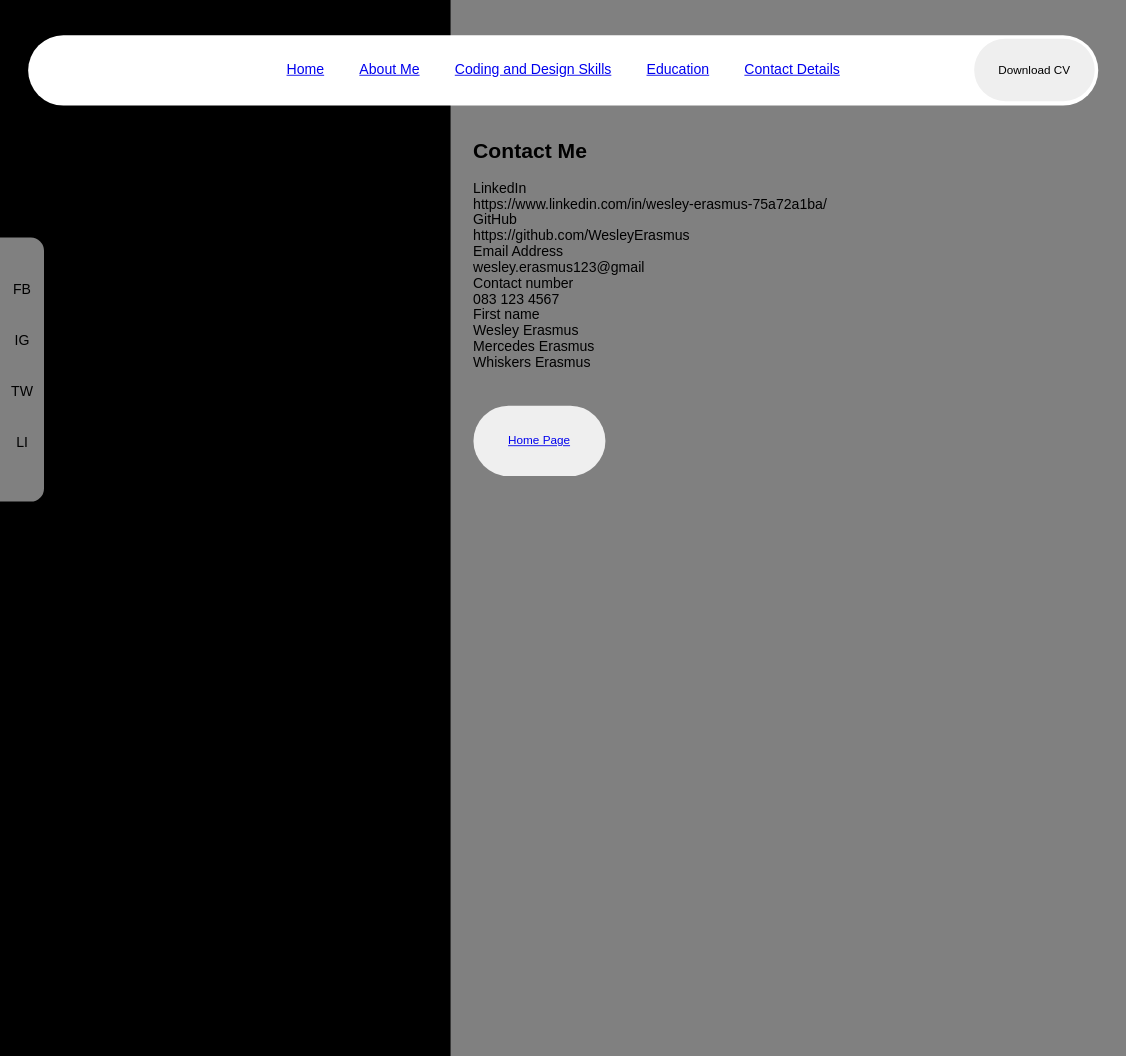
Repository: WesleyErasmus/MyDigitalResume-4
Page: contact.html
The author's editor kept a copy of each file at every save. The page is drawn from the files as they stood at one save, then again after the next save.
The browser window is 1280 px wide. The pictures show the whole page, at 88% of full size.

Above is the page before, as saved 2022-02-19 22:24:09.

### contact.html
<!DOCTYPE html>
<html lang="en">
<head>
    <meta charset="UTF-8">
    <meta http-equiv="X-UA-Compatible" content="IE=edge">
    <meta name="viewport" content="width=device-width, initial-scale=1.0">
    <title>Wesley Erasmus Digital Resume 4 Project</title>
    <link rel="stylesheet" href="contact.css">
</head>
<body>
    <body>
        <!-- Landing page -->
        <header class="nav-menu-top">
            <ul class="top-nav-menu-buttons">
                <li><a href="/index.html" target="">Home</a></li>
                <li><a href="/about.html" target="">About Me</a></li>
                <li><a href="/codingSkills.html" target="">Coding and Design Skills</a></li>
                <li><a href="/education.html" target="">Education</a></li>
                <li><a href="/contact.html" target="">Contact Details</a></li>
            </ul>
            <button id="download-cv">Download CV</button>
            <!-- Name / download CV / etc -->
        </header>

        <aside class="self-portrait">
            <!-- creative image of myself -->
            <p>aside with large portrait image of myself</p>
        </aside>
        <nav class="social-media-links">
            <ul class="social-media-links">
                <li>FB</li>
                <li>IG</li>
                <li>TW</li>
                <li>LI</li>
            </ul>
            <!-- side social media icons (float left / column direction) -->
        </nav>

            <!-- main bio; FED student / link to 2nd html page with CV content -->
         <article>
             <h1 ID="title">Contact Me</h1>
            <div class="contact-details">
                <dl>
                    <dt>LinkedIn</dt>
                    <dd>https://www.linkedin.com/in/wesley-erasmus-75a72a1ba/</dd>
                    <dt>GitHub</dt>
                    <dd>https://github.com/WesleyErasmus</dd>
                    <dt>Email Address</dt>
                    <dd>wesley.erasmus123@gmail</dd>
                    <dt>Contact number</dt>
                    <dd>083 123 4567</dd>
                </dl>
                    <dl>
                        <dt>First name</dt>
                        <dd>Wesley Erasmus</dd>
                        <dd>Mercedes Erasmus</dd>
                        <dd>Whiskers Erasmus</dd>
                    </dl>
            </div>
            <button class="next-page">
                <a href="/index.html" target="">Home Page</a>
            </button>
        </article>


    </body>
</body>
</html>

### contact.css
* {
    font-family: Arial, Helvetica, sans-serif;
    margin: 0;
    padding: 0;
}
body {
    background-color: grey;
    overflow:hidden;
}
header.nav-menu-top {
    position: relative;
    /* Positions explained in below link: https://developer.mozilla.org/en-US/docs/Web/CSS/position */
    text-align: center;
    margin: 0 auto;
    /* Margin: 0 auto can be used to center an object horizontally  */
    width: 95%;
    height: 80px;
    border-radius: 50px;
    margin-top: 40px;
    background-color: #fff;
}
ul.top-nav-menu-buttons{
    display: flex;
    justify-content: center;
    padding: 30px;
}
.top-nav-menu-buttons li {
    margin: 0 20px 0 20px;
    list-style-type: none;
    text-align: center;
}
button#download-cv {
    position: relative;
    float: right;
    top: -74px;
    right: 4px;
    padding: 28px;
    border-radius: 50px;
    border: NONE;
}
aside.self-portrait {
    z-index: -1;
    /* z-index explained in below link:
     https://developer.mozilla.org/en-US/docs/Web/CSS/z-index */
    background-color: black;
    position: absolute;
    top: 0;
    left: 0;
    height: 1200px;
    width: 40%;
}
nav.social-media-links {
    position: relative;
    height: 300px;
    width: 50px;
    float: left;
    top: 150px;
    left: 0px;
    background-color: grey;
    border-radius: 0 15px 15px 0;
}
ul.social-media-links{
    padding: 50px 5px 5px 5px;
    text-align: center;
    display: flex;
    flex-direction: column;

}
.social-media-links li{
    margin-bottom: 40px;
}

article {
    width: 50%;
    left: 41%;
    position: absolute;
    height: 500px;
    top: 20vh;
    padding: 1%;
}
h1#title {
    margin-bottom: 20px;
}
.contact-details h3 {
    margin: 20px 0 20px 0;
}
.contact-details p {
    margin: 0 0 0 20px;
}
button.next-page {
    margin-top: 40px;
    width: 150px ;
    height: 80px ;
    border-radius: 50px;
    border: none;
}

After the next save:
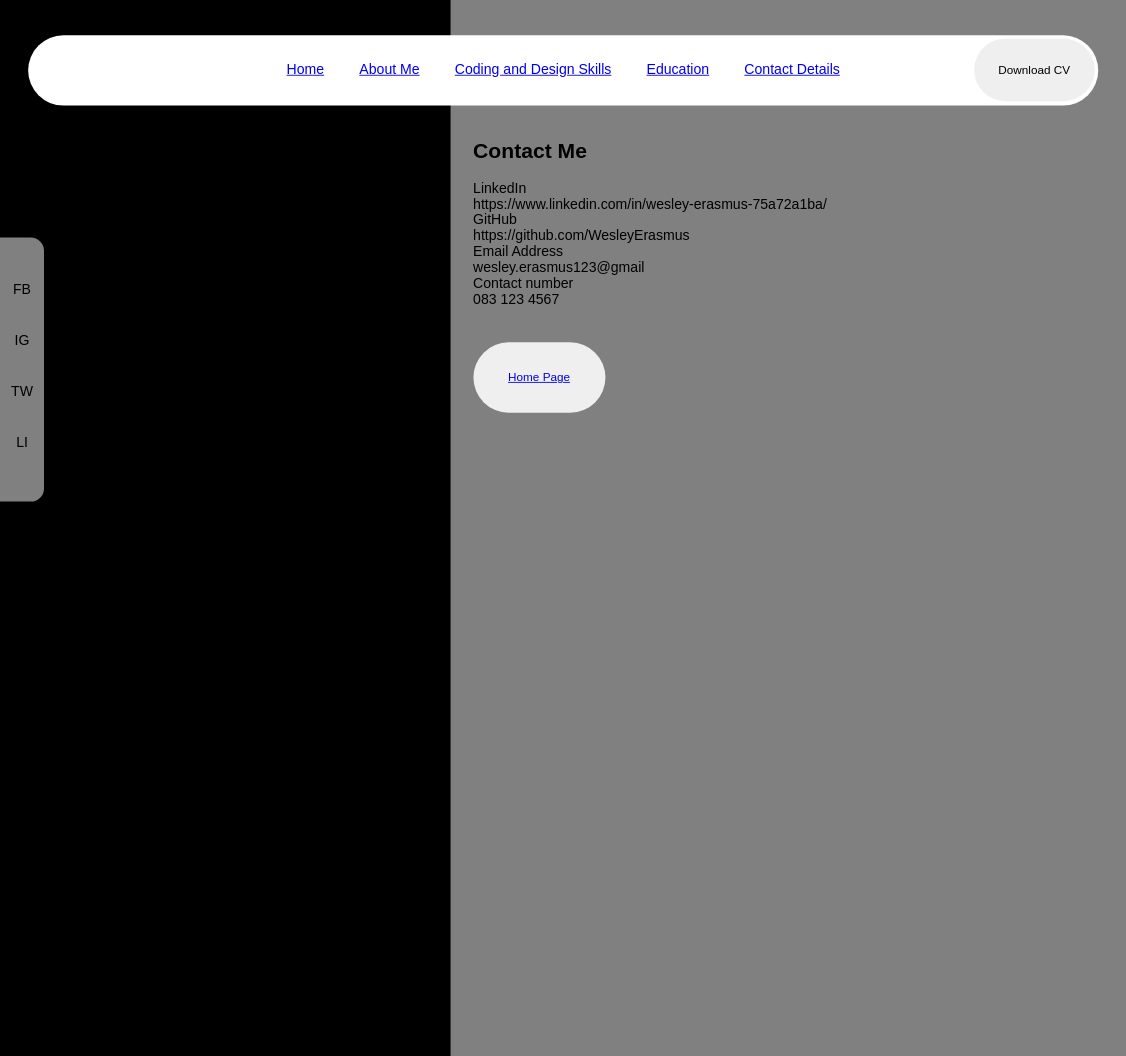
Saved 9 s later.
--- a/contact.html
+++ b/contact.html
@@ -50,12 +50,6 @@
                     <dt>Contact number</dt>
                     <dd>083 123 4567</dd>
                 </dl>
-                    <dl>
-                        <dt>First name</dt>
-                        <dd>Wesley Erasmus</dd>
-                        <dd>Mercedes Erasmus</dd>
-                        <dd>Whiskers Erasmus</dd>
-                    </dl>
             </div>
             <button class="next-page">
                 <a href="/index.html" target="">Home Page</a>
